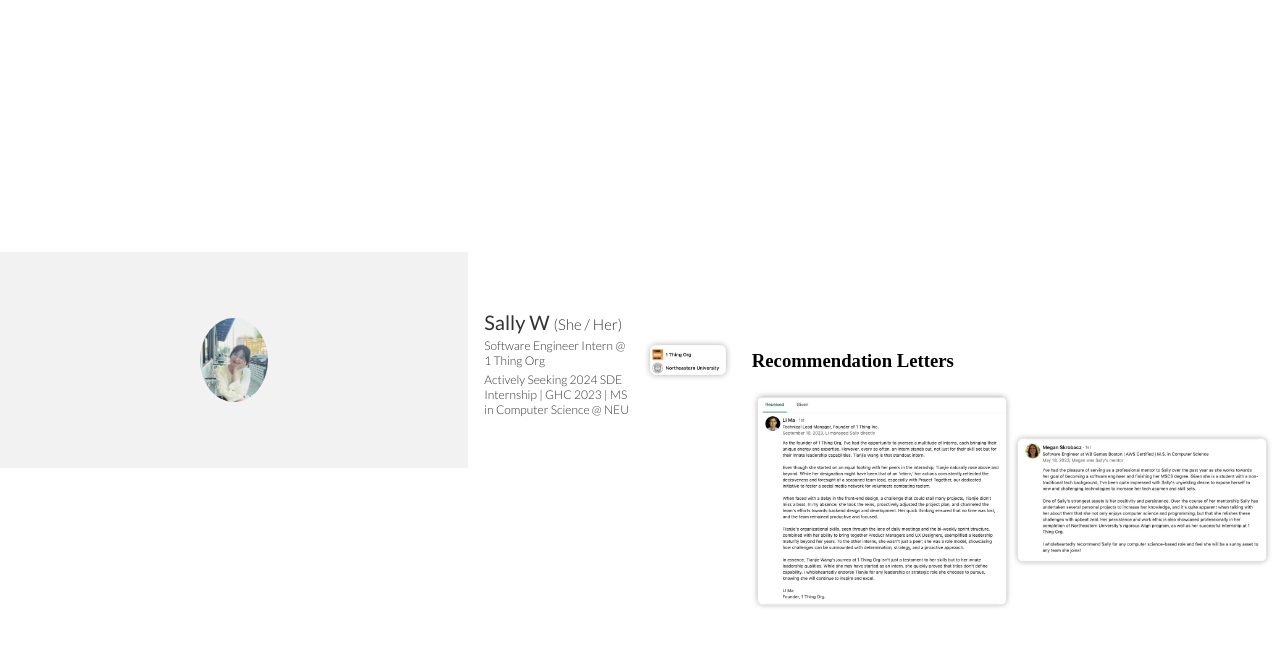
Repository: tianjiewang2022/digital-namecard
Page: recommendation_page.html
An editor plug-in stored every save of this project. The page is shown before and after the next save, followed by the edit.
The browser window is 1280 px wide. The pictures show the whole page.
Some web fonts or font styles are not loaded; a fallback is used.

Above is the page before, as saved 2023-10-16 01:09:30.

After the next save:
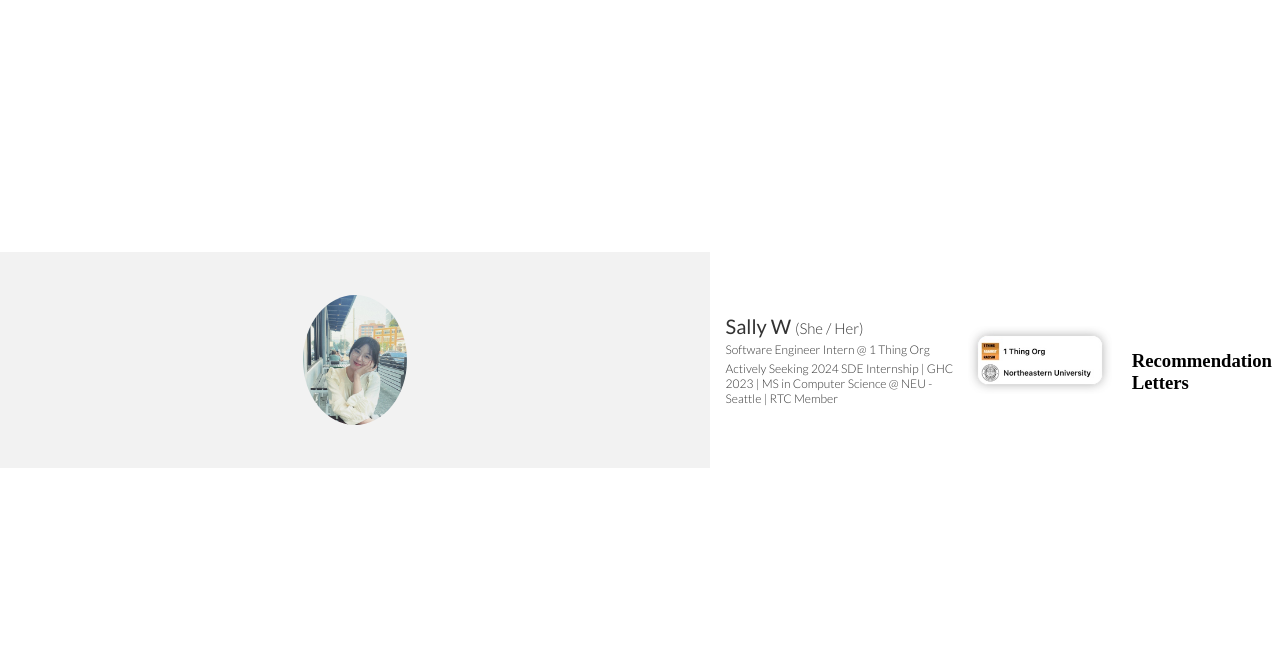
Saved 16 s later.
--- a/recommendation_page.html
+++ b/recommendation_page.html
@@ -40,8 +40,8 @@
             <div class="container">
                 <h3>Recommendation Letters</h3>
                 <div class="image-container">
-                    <img src="Recommendation_Manager.jpg" alt="Recommendation from Manager">
-                    <img src="Recommendation_Mentor.jpg" alt="Recommendation from Mentor">
+                    <img1 src="Recommendation_Manager.jpg" alt="Recommendation from Manager">
+                        <img2 src="Recommendation_Mentor.jpg" alt="Recommendation from Mentor">
                 </div>
             </div>
         </section>
